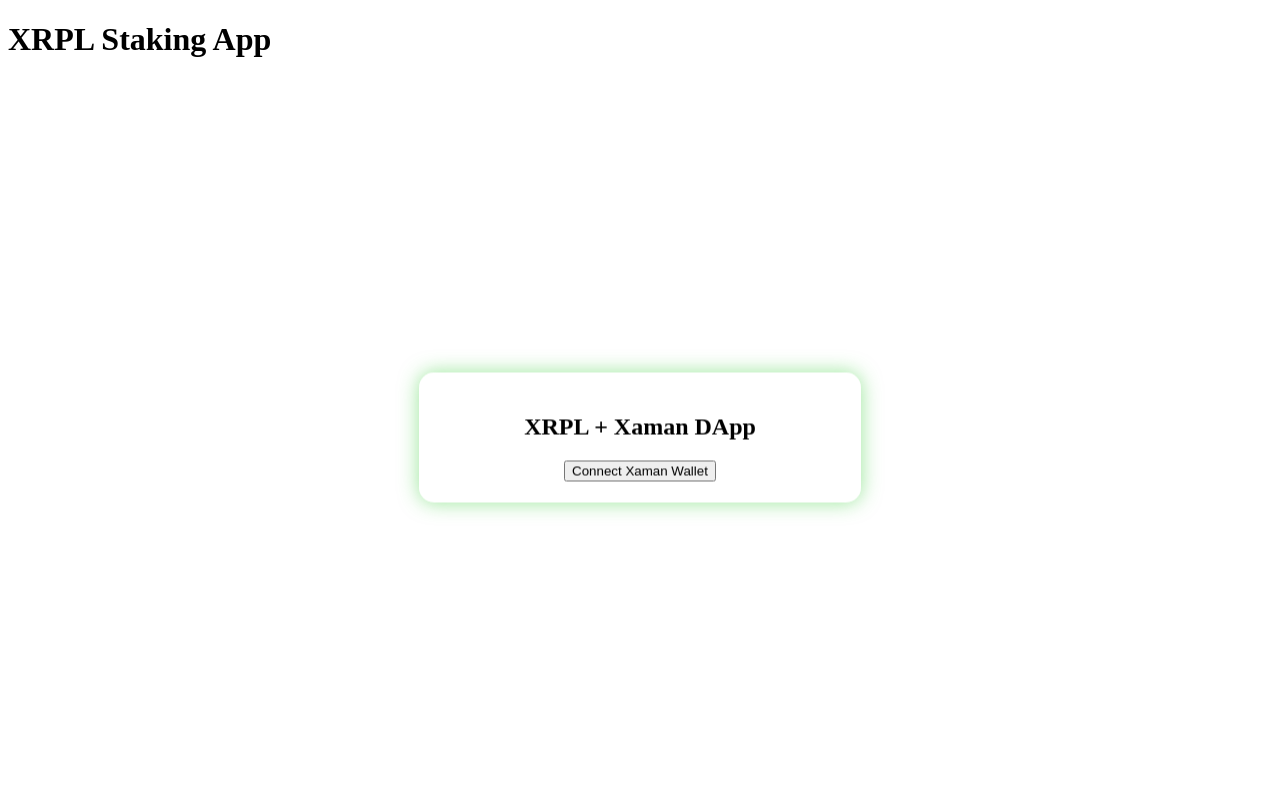
Repository: pbryzek/hackathon-xrpl
Page: / (app in xrpl-dapp/)
An editor plug-in stored every save of this project. The page is shown before and after the next save, followed by the edit.
The browser window is 1280 px wide. The pictures show the whole page.
The project was rebuilt for these pictures with package versions that can differ from the ones it lists, and the page was loaded fresh each time.

Above is the page before, as saved 2025-03-14 13:14:11.

After the next save:
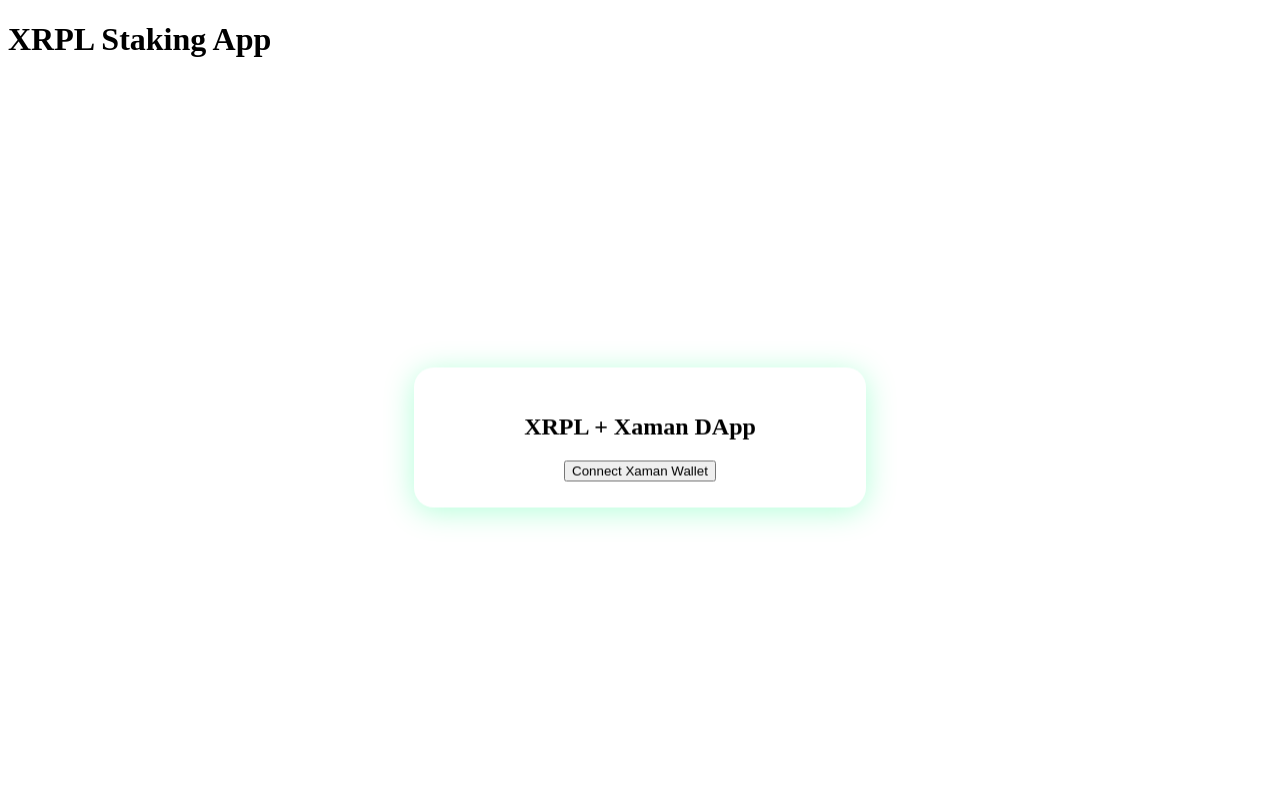
Saved 117 s later.
--- a/xrpl-dapp/src/index.css
+++ b/xrpl-dapp/src/index.css
@@ -11,17 +11,17 @@
 .floating {
   animation: float 3s ease-in-out infinite;
 }
+.glass-card {
+    background: rgba(255, 255, 255, 0.1); /* Semi-transparent white */
+    backdrop-filter: blur(15px); /* Smooth frosted glass effect */
+    box-shadow: 0px 4px 30px rgba(0, 255, 128, 0.3); /* Stronger green glow */
+    border: 1px solid rgba(255, 255, 255, 0.2); /* Subtle border */
+    padding: 25px;
+    border-radius: 20px;
+    transition: all 0.3s ease-in-out;
+  }
 
-.glass-card {
-  background: rgba(255, 255, 255, 0.2);
-  backdrop-filter: blur(20px);
-  box-shadow: 0px 0px 20px rgba(50, 205, 50, 0.5);
-  border: 1px solid rgba(255, 255, 255, 0.2);
-  padding: 20px;
-  border-radius: 15px;
-  transition: all 0.3s ease-in-out;
-}
-
-.glass-card:hover {
-  box-shadow: 0px 0px 30px rgba(50, 205, 50, 0.7);
-}
+  .glass-card:hover {
+    box-shadow: 0px 6px 35px rgba(0, 255, 128, 0.5); /* More intense on hover */
+    transform: scale(1.02); /* Slight expansion effect */
+  }
